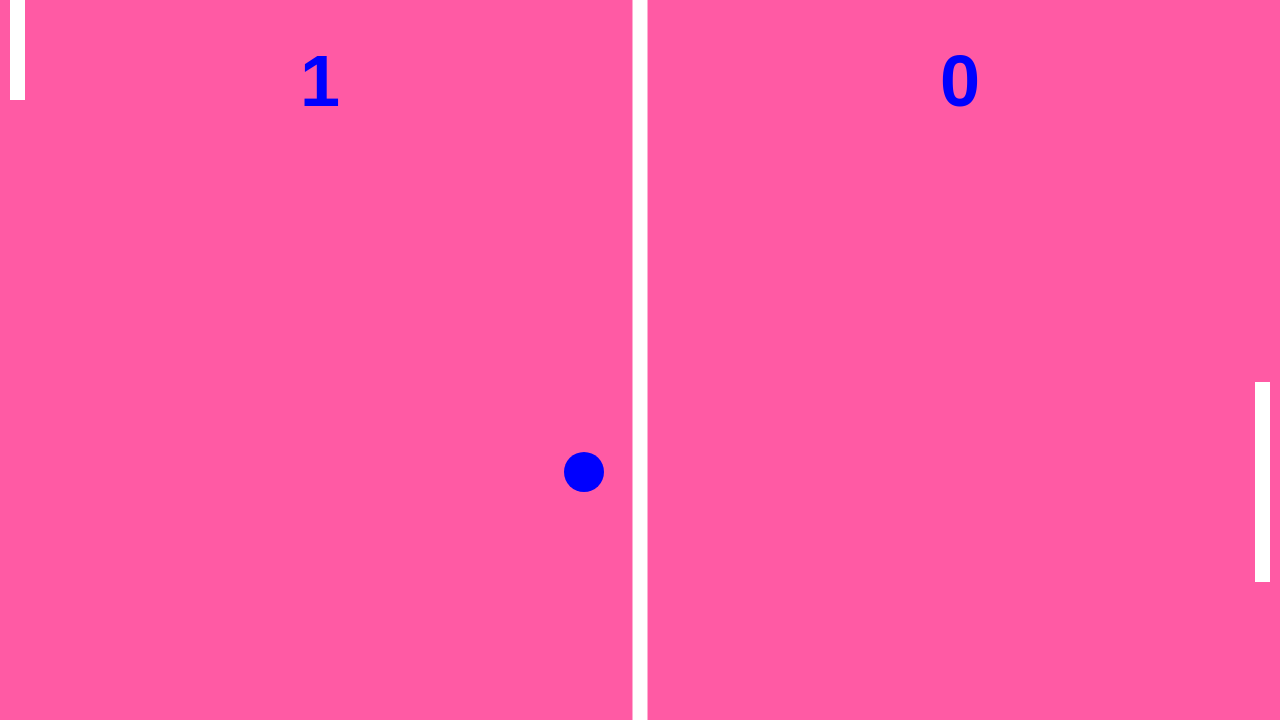
Repository: AkirahCarvalho/ping_pong
Page: index.html
These files come from the project's save history. The page is drawn as it stood at one moment and after the next save; the edit follows.
The browser window is 1280 px wide. The pictures show the whole page.

Above is the page before, as saved 2024-04-02 15:38:56.

### index.html
<!DOCTYPE html>
<html lang="en">
  <head>
    <meta charset="UTF-8" />
    <meta http-equiv="X-UA-Compatible" content="IE=edge" />
    <meta name="viewport" content="width=device-width, initial-scale=1.0" />
    <title>Jogo Ping-Pong</title>
    <style>
      * {
        overflow: hidden;
        margin: 0;
        padding: 0;
      }
    </style>
  </head>
  <body>
    <canvas></canvas>
    <script>
      const canvasEl = document.querySelector("canvas"),
        canvasCtx = canvasEl.getContext("2d"),
        gapX = 10 //nao deixa a bolinha passar da margem

      const mouse = { x: 0, y: 0 }

      const field = {
        w: window.innerWidth,//campo tem aultura da janela
        h: window.innerHeight,//campo tem largura da janela
        draw: function () {
          canvasCtx.fillStyle = "#ff5aa4"//cor #286047
          canvasCtx.fillRect(0, 0, this.w, this.h)//retangulo
        },
      }

      const line = {//linha
        w: 15,
        h: field.h,//mesma altura do campo
        draw: function () {
          canvasCtx.fillStyle = "#ffffff"
          canvasCtx.fillRect(field.w / 2 - this.w / 2, 0, this.w, this.h)//desenhar com esses parametros
        },
      }

      const leftPaddle = {
        x: gapX, //afastada da margem
        y: 0,
        w: line.w, //largura igual a da linha
        h: 200,
        _move: function () {
          this.y = mouse.y - this.h / 2
        },
        draw: function () {
          canvasCtx.fillStyle = "#ffffff"
          canvasCtx.fillRect(this.x, this.y, this.w, this.h)//desenhando raquete

          this._move()
        },
      }

      const rightPaddle = {
        x: field.w - line.w - gapX,//largura da janela - menos a linha -o espaço
        y: 0,
        w: line.w,
        h: 200,
        speed: 1,
        _move: function () {
          if (this.y + this.h / 2 < ball.y + ball.r) {
            this.y += this.speed
          } else {
            this.y -= this.speed
          }
        },
        speedUp: function () {
          this.speed += 2
        },
        draw: function () {
          canvasCtx.fillStyle = "#ffffff"
          canvasCtx.fillRect(this.x, this.y, this.w, this.h)
          this._move()
        },
      }

      const score = {
        human: 0,
        computer: 0,
        increaseHuman: function () {
          this.human++
        },
        increaseComputer: function () {
          this.computer++
        },
        draw: function () {
          canvasCtx.font = "bold 72px Arial"
          canvasCtx.textAlign = "center"
          canvasCtx.textBaseline = "top"
          canvasCtx.fillStyle = "#0000ff"//#01341D
          canvasCtx.fillText(this.human, field.w / 4, 50)
          canvasCtx.fillText(this.computer, field.w / 4 + field.w / 2, 50)
        },
      }

      const ball = {
        x: field.w / 2,
        y: field.h / 2,
        r: 20,
        speed: 5,
        directionX: 1,
        directionY: 1,
        _calcPosition: function () {
          // verifica se o jogador 1 fez um ponto (x > largura do campo)
          if (this.x > field.w - this.r - rightPaddle.w - gapX) {
            // verifica se a raquete direita está na posição y da bola
            if (
              this.y + this.r > rightPaddle.y &&
              this.y - this.r < rightPaddle.y + rightPaddle.h
            ) {
              // rebate a bola intervertendo o sinal de X
              this._reverseX()
            } else {
              // pontuar o jogador 1
              score.increaseHuman()
              this._pointUp()
            }
          }

          // verifica se o jogador 2 fez um ponto (x < 0)
          if (this.x < this.r + leftPaddle.w + gapX) {
            // verifica se a raquete esquerda está na posição y da bola
            if (
              this.y + this.r > leftPaddle.y &&
              this.y - this.r < leftPaddle.y + leftPaddle.h
            ) {
              // rebate a bola intervertendo o sinal de X
              this._reverseX()
            } else {
              // pontuar o jogador 2
              score.increaseComputer()
              this._pointUp()
            }
          }

          // verifica as laterais superior e inferior do campo
          if (
            (this.y - this.r < 0 && this.directionY < 0) ||
            (this.y > field.h - this.r && this.directionY > 0)
          ) {
            // rebate a bola invertendo o sinal do eixo Y
            this._reverseY()
          }
        },
        _reverseX: function () {
          // 1 * -1 = -1
          // -1 * -1 = 1
          this.directionX *= -1
        },
        _reverseY: function () {
          // 1 * -1 = -1
          // -1 * -1 = 1
          this.directionY *= -1
        },
        _speedUp: function () {
          this.speed += 2
        },
        _pointUp: function () {
          this._speedUp()
          rightPaddle.speedUp()

          this.x = field.w / 2
          this.y = field.h / 2
        },
        _move: function () {
          this.x += this.directionX * this.speed
          this.y += this.directionY * this.speed
        },
        draw: function () {
          canvasCtx.fillStyle = "#0000ff"//#ffffff
          canvasCtx.beginPath()
          canvasCtx.arc(this.x, this.y, this.r, 0, 2 * Math.PI, false)
          canvasCtx.fill()

          this._calcPosition()
          this._move()
        },
      }

      function setup() {
        canvasEl.width = canvasCtx.width = field.w
        canvasEl.height = canvasCtx.height = field.h
      }

      function draw() {
        field.draw()
        line.draw()

        leftPaddle.draw()
        rightPaddle.draw()

        score.draw()

        ball.draw()
      }

      window.animateFrame = (function () {
        return (
          window.requestAnimationFrame ||
          window.webkitRequestAnimationFrame ||
          window.mozRequestAnimationFrame ||
          window.oRequestAnimationFrame ||
          window.msRequestAnimationFrame ||
          function (callback) {
            return window.setTimeout(callback, 1000 / 60)
          }
        )
      })()

      function main() {
        animateFrame(main)
        draw()
      }

      setup()
      main()

      canvasEl.addEventListener("mousemove", function (e) {
        mouse.x = e.pageX
        mouse.y = e.pageY
      })
    </script>
  </body>
</html>

After the next save:
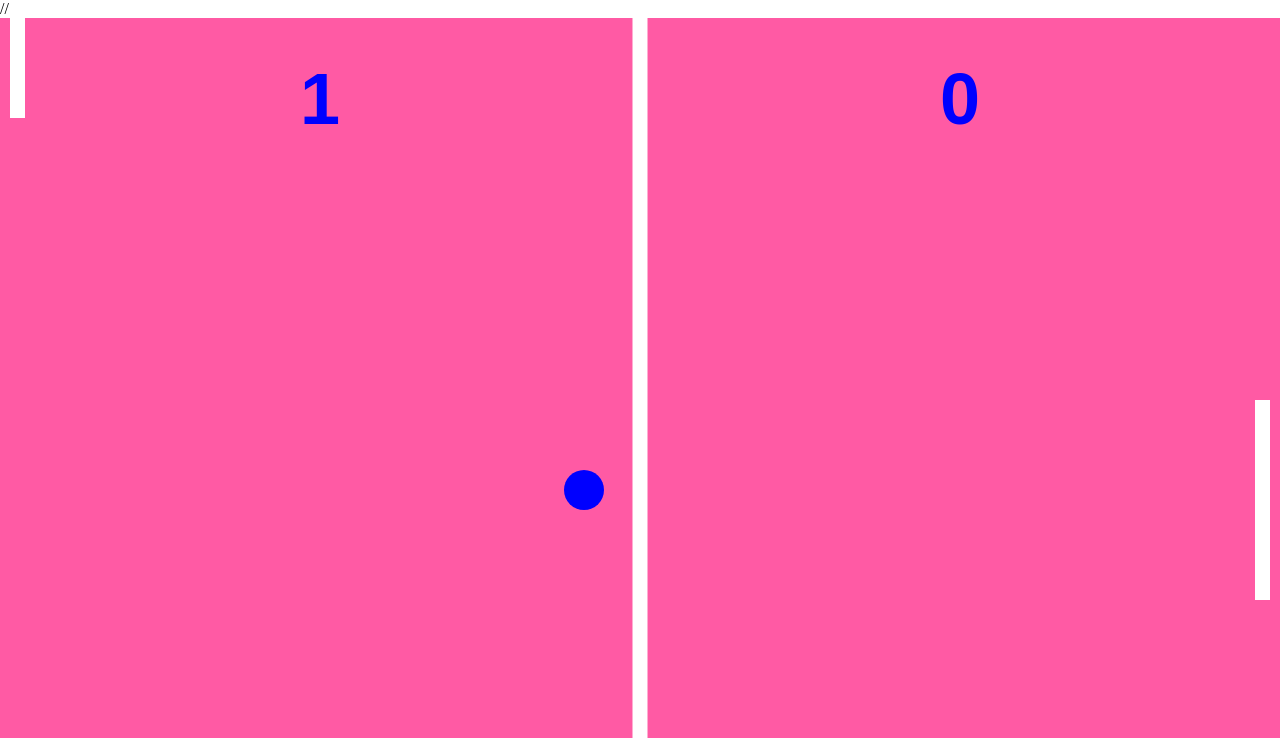
Saved 86 s later.
--- a/index.html
+++ b/index.html
@@ -1,6 +1,6 @@
 <!DOCTYPE html>
 <html lang="en">
-  <head>
+  <head>//
     <meta charset="UTF-8" />
     <meta http-equiv="X-UA-Compatible" content="IE=edge" />
     <meta name="viewport" content="width=device-width, initial-scale=1.0" />
